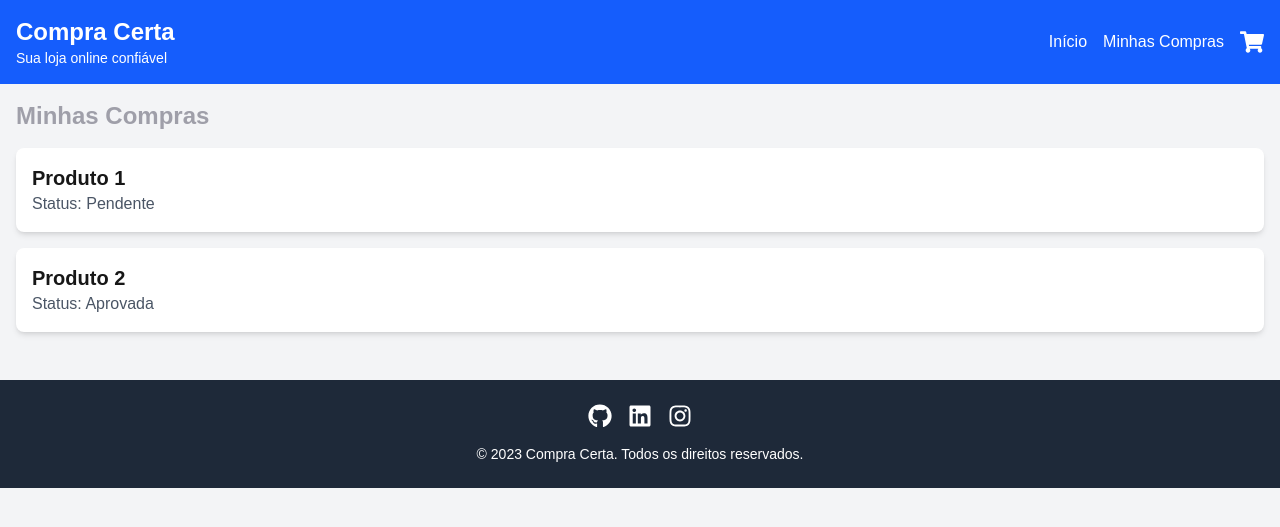
Repository: kcsdesenvolvedor/compra-certa
Page: /my-purchases (app in front-end/)
An editor plug-in stored every save of this project. The page is shown before and after the next save, followed by the edit.
The browser window is 1280 px wide. The pictures show the whole page.
The project was rebuilt for these pictures with package versions that can differ from the ones it lists, and the page was loaded fresh each time. The framework's server and built-in components were replaced by stand-ins that run in the browser. Also part of the build but not shown: front-end/next.config.ts.

Above is the page before, as saved 2025-03-12 08:12:55.

After the next save:
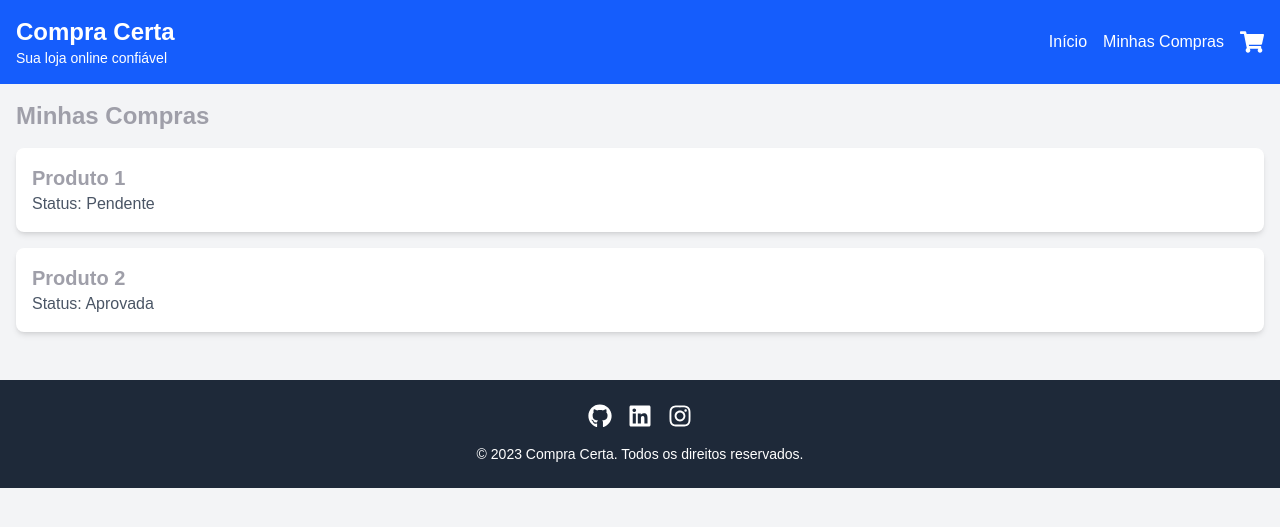
Saved 57 s later.
--- a/front-end/src/app/components/PurchaseStatus.tsx
+++ b/front-end/src/app/components/PurchaseStatus.tsx
@@ -7,7 +7,7 @@
 export default function PurchaseStatus({ purchase }: PurchaseStatusProps) {
     return (
       <div className="bg-white p-4 rounded-lg shadow-md">
-        <h2 className="text-xl font-bold">{purchase.productName}</h2>
+        <h2 className="text-xl text-zinc-400 font-bold">{purchase.productName}</h2>
         <p className="text-gray-600">Status: {purchase.status}</p>
       </div>
     );
